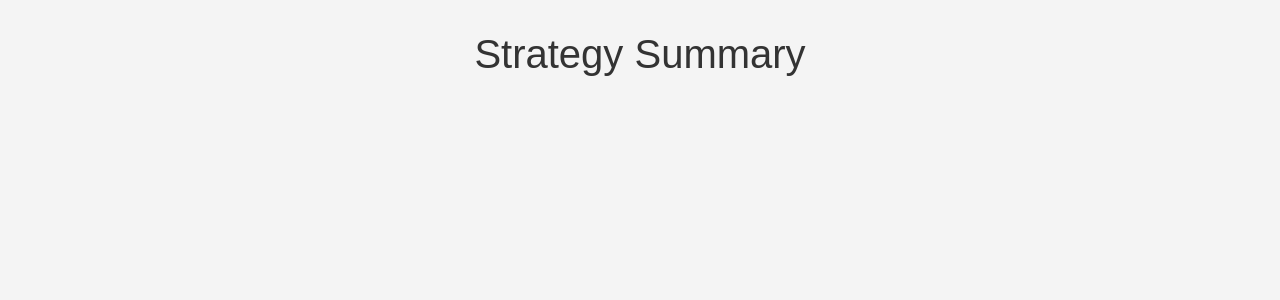
Repository: shiv-aye/stockEye
Page: src/index.html
An editor plug-in stored every save of this project. The page is shown before and after the next save, followed by the edit.
The browser window is 1280 px wide. The pictures show the whole page.
The page's requests for data from a server got no answer.

Above is the page before, as saved 2024-02-14 03:52:36.

### src/index.html
<!DOCTYPE html>
<html lang="en">

<head>
    <meta charset="UTF-8">
    <meta name="viewport" content="width=device-width, initial-scale=1.0">
    <title>Strategy Summary</title>
    <!-- Include Bootstrap 5 CSS -->
    <link rel="stylesheet" href="./../node_modules/bootstrap/dist/css/bootstrap.min.css">
    <!-- Include DataTables CSS -->
    <link rel="stylesheet" href="styles.css">
    <link rel="stylesheet" type="text/css"
        href="./../node_modules/datatables.net-bs5/css/dataTables.bootstrap5.min.css">
</head>

<body>
    <h1>Strategy Summary</h1>

    <!-- Container for tables -->
    <div id="tables-container"></div>

    <!-- Include jQuery -->
    <script src="../node_modules/jquery/dist/jquery.min.js"></script>

    <!-- Include Bootstrap 5 JavaScript -->
    <script src="../node_modules/bootstrap/dist/js/bootstrap.bundle.min.js"></script>

    <!-- Include DataTables JavaScript -->
    <script type="text/javascript" src="../node_modules/datatables.net/js/jquery.dataTables.min.js"></script>
    <script type="text/javascript" src="../node_modules/datatables.net-bs5/js/dataTables.bootstrap5.min.js"></script>

    <script>
        document.addEventListener('DOMContentLoaded', async () => {
            try {
                const response = await fetch('/strategy-summary'); // Send request to fetch strategy summary
                const data = await response.json(); // Parse response JSON
                if (response.ok) {
                    // Display tables for each stock
                    const tablesContainer = document.getElementById('tables-container');
                    data.forEach(stockData => {
                        const table = createDataTable(stockData.symbol, stockData.data);
                        tablesContainer.appendChild(table);
                    });
                } else {
                    console.error('Error fetching strategy summary:', data.error);
                }
            } catch (error) {
                console.error('Error fetching strategy summary:', error);
            }
        });

        // Function to create DataTable for a stock
        function createDataTable(symbol, stockData) {
            // Modify the symbol to make it suitable for use in an HTML ID
            const tableId = symbol.replace(/\W/g, '_') + '-table';

            // Create table element
            const table = document.createElement('table');
            table.id = tableId;
            table.classList.add('display');

            // Create table header
            const thead = document.createElement('thead');
            const headerRow = document.createElement('tr');
            ['Date', 'Closing Price', '% Change (Day)', '% Change (Week)'].forEach(column => {
                const th = document.createElement('th');
                th.textContent = column;
                headerRow.appendChild(th);
            });
            thead.appendChild(headerRow);
            table.appendChild(thead);

            // Create table body
            const tbody = document.createElement('tbody');
            stockData.forEach(data => {
                const row = document.createElement('tr');
                ['date', 'closingPrice', 'percentChangeDay', 'percentChangeWeek'].forEach(property => {
                    const cell = document.createElement('td');
                    cell.textContent = data[property];
                    row.appendChild(cell);
                });
                tbody.appendChild(row);
            });
            table.appendChild(tbody);

            // Initialize DataTable
            $(document).ready(function () {
                $('#' + tableId).DataTable();
            });

            return table;
        }
    </script>
</body>

</html>

### src/styles.css
/* styles.css */

/* Body styling */
body {
    font-family: Arial, sans-serif;
    background-color: #f4f4f4;
    margin: 0;
    padding: 0;
}

/* Heading styling */
h1 {
    text-align: center;
    color: #333;
    margin-top: 30px;
}

/* Table styling */
table {
    width: 100%;
    border-collapse: collapse;
    margin-top: 20px;
}

th, td {
    padding: 12px;
    text-align: left;
    border-bottom: 1px solid #ddd;
}

th {
    background-color: #f2f2f2;
    color: #333;
}

tr:hover {
    background-color: #f5f5f5;
}

/* Button styling */
button {
    background-color: #007bff;
    color: #fff;
    border: none;
    padding: 10px 20px;
    border-radius: 5px;
    cursor: pointer;
    transition: background-color 0.3s ease;
}

button:hover {
    background-color: #0056b3;
}

/* Pagination styling */
.dataTables_paginate {
    margin-top: 20px;
    text-align: center;
}

.dataTables_paginate .paginate_button {
    padding: 8px 16px;
    border-radius: 5px;
    margin: 0 5px;
    background-color: #007bff;
    color: #fff;
    border: none;
    cursor: pointer;
}

.dataTables_paginate .paginate_button:hover {
    background-color: #0056b3;
}

Loaded but not shown: node_modules/bootstrap/dist/css/bootstrap.min.css (library); node_modules/datatables.net-bs5/css/dataTables.bootstrap5.min.css (library); node_modules/jquery/dist/jquery.min.js (library); node_modules/bootstrap/dist/js/bootstrap.bundle.min.js (library); node_modules/datatables.net/js/jquery.dataTables.min.js (library); node_modules/datatables.net-bs5/js/dataTables.bootstrap5.min.js (common file)

After the next save:
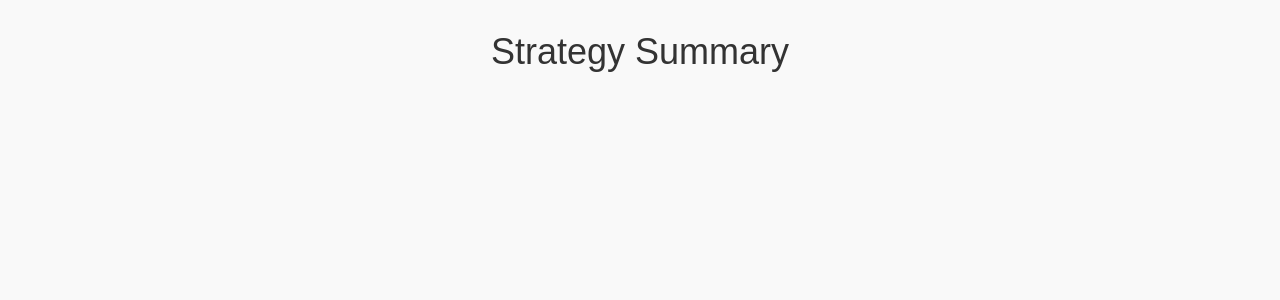
Saved 2 min 43 s later.
--- a/src/styles.css
+++ b/src/styles.css
@@ -3,7 +3,7 @@
 /* Body styling */
 body {
     font-family: Arial, sans-serif;
-    background-color: #f4f4f4;
+    background-color: #f9f9f9;
     margin: 0;
     padding: 0;
 }
@@ -13,6 +13,7 @@
     text-align: center;
     color: #333;
     margin-top: 30px;
+    font-size: 36px;
 }
 
 /* Table styling */
@@ -26,6 +27,7 @@
     padding: 12px;
     text-align: left;
     border-bottom: 1px solid #ddd;
+    font-size: 16px;
 }
 
 th {
@@ -46,6 +48,7 @@
     border-radius: 5px;
     cursor: pointer;
     transition: background-color 0.3s ease;
+    font-size: 16px;
 }
 
 button:hover {
@@ -56,18 +59,38 @@
 .dataTables_paginate {
     margin-top: 20px;
     text-align: center;
+    font-size: 14px;
 }
 
 .dataTables_paginate .paginate_button {
-    padding: 8px 16px;
+    padding: 6px 12px;
     border-radius: 5px;
     margin: 0 5px;
     background-color: #007bff;
     color: #fff;
     border: none;
     cursor: pointer;
+    transition: background-color 0.3s ease;
 }
 
 .dataTables_paginate .paginate_button:hover {
     background-color: #0056b3;
 }
+
+/* Additional details */
+.container {
+    max-width: 800px;
+    margin: 0 auto;
+    padding: 20px;
+    background-color: #fff;
+    box-shadow: 0 0 10px rgba(0, 0, 0, 0.1);
+    border-radius: 10px;
+}
+
+.description {
+    text-align: center;
+    margin-top: 20px;
+    color: #666;
+    font-size: 18px;
+    line-height: 1.5;
+}

After the 2 saves that followed:
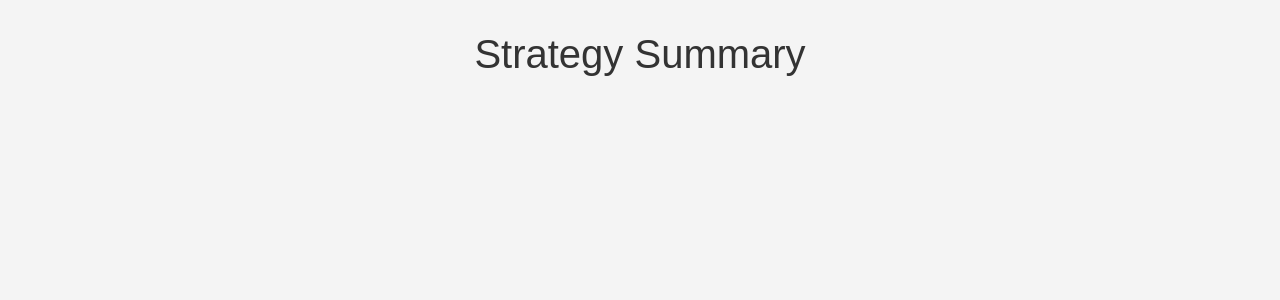
The 2 saves are shown as one change because 1 left the picture as it was.
The last was saved 8 min 13 s later.
--- a/src/index.html
+++ b/src/index.html
@@ -8,9 +8,10 @@
     <!-- Include Bootstrap 5 CSS -->
     <link rel="stylesheet" href="./../node_modules/bootstrap/dist/css/bootstrap.min.css">
     <!-- Include DataTables CSS -->
-    <link rel="stylesheet" href="styles.css">
     <link rel="stylesheet" type="text/css"
         href="./../node_modules/datatables.net-bs5/css/dataTables.bootstrap5.min.css">
+    <!-- Include custom CSS -->
+    <link rel="stylesheet" href="./styles.css">
 </head>
 
 <body>
--- a/src/styles.css
+++ b/src/styles.css
@@ -3,7 +3,7 @@
 /* Body styling */
 body {
     font-family: Arial, sans-serif;
-    background-color: #f9f9f9;
+    background-color: #f4f4f4;
     margin: 0;
     padding: 0;
 }
@@ -13,7 +13,6 @@
     text-align: center;
     color: #333;
     margin-top: 30px;
-    font-size: 36px;
 }
 
 /* Table styling */
@@ -27,7 +26,6 @@
     padding: 12px;
     text-align: left;
     border-bottom: 1px solid #ddd;
-    font-size: 16px;
 }
 
 th {
@@ -48,7 +46,6 @@
     border-radius: 5px;
     cursor: pointer;
     transition: background-color 0.3s ease;
-    font-size: 16px;
 }
 
 button:hover {
@@ -59,38 +56,18 @@
 .dataTables_paginate {
     margin-top: 20px;
     text-align: center;
-    font-size: 14px;
 }
 
 .dataTables_paginate .paginate_button {
-    padding: 6px 12px;
+    padding: 8px 16px;
     border-radius: 5px;
     margin: 0 5px;
     background-color: #007bff;
     color: #fff;
     border: none;
     cursor: pointer;
-    transition: background-color 0.3s ease;
 }
 
 .dataTables_paginate .paginate_button:hover {
     background-color: #0056b3;
 }
-
-/* Additional details */
-.container {
-    max-width: 800px;
-    margin: 0 auto;
-    padding: 20px;
-    background-color: #fff;
-    box-shadow: 0 0 10px rgba(0, 0, 0, 0.1);
-    border-radius: 10px;
-}
-
-.description {
-    text-align: center;
-    margin-top: 20px;
-    color: #666;
-    font-size: 18px;
-    line-height: 1.5;
-}
